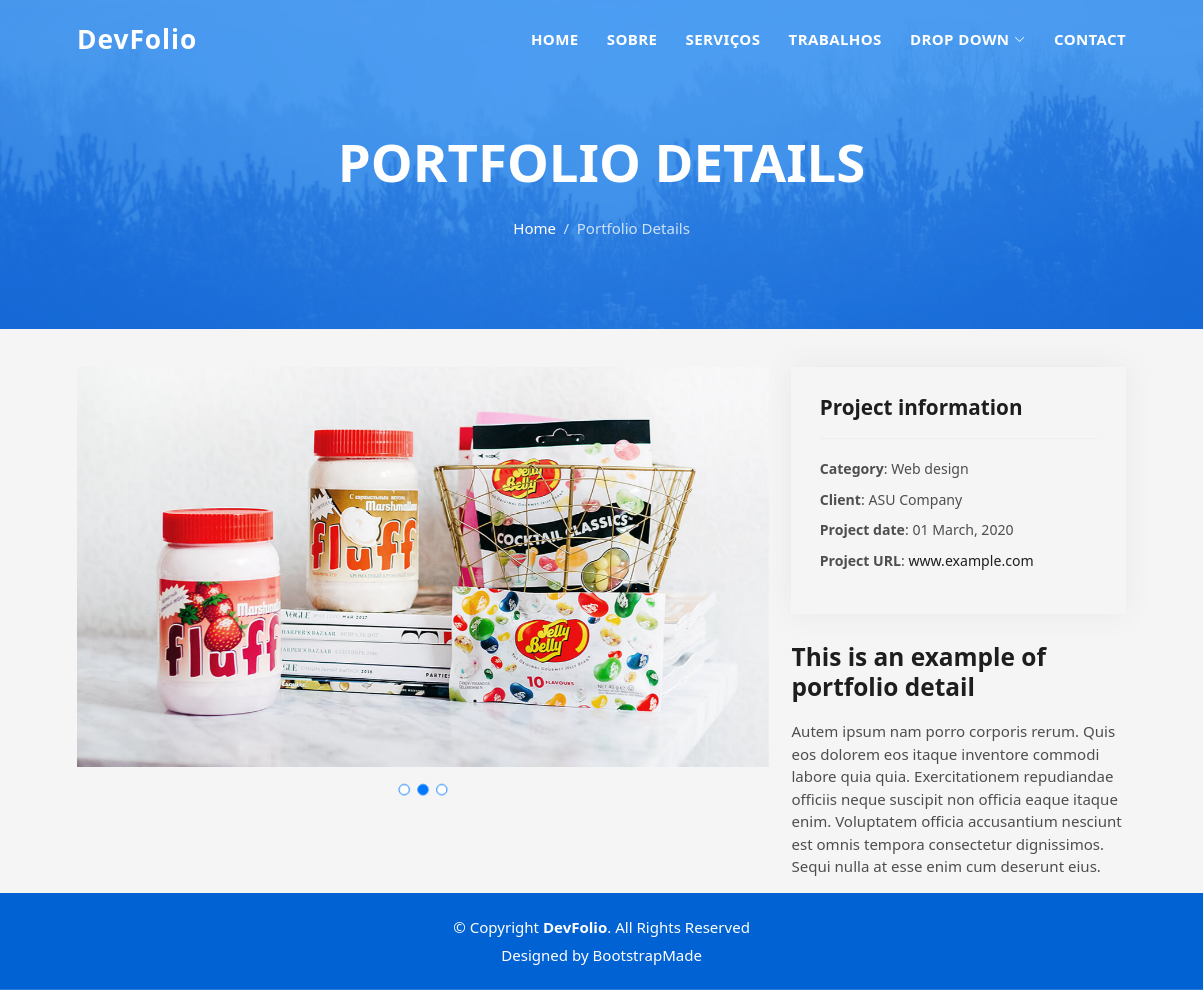
Repository: Andre-Benther/developerfolio
Page: portfolio-details.html
These files come from the project's save history. The page is drawn as it stood at one moment and after the next save; the edit follows.
The browser window is 1280 px wide. The pictures show the whole page, at 94% of full size.
Backgrounds fixed to the window are drawn as part of the page.

Above is the page before, as saved 2024-04-18 05:23:17.

After the next save:
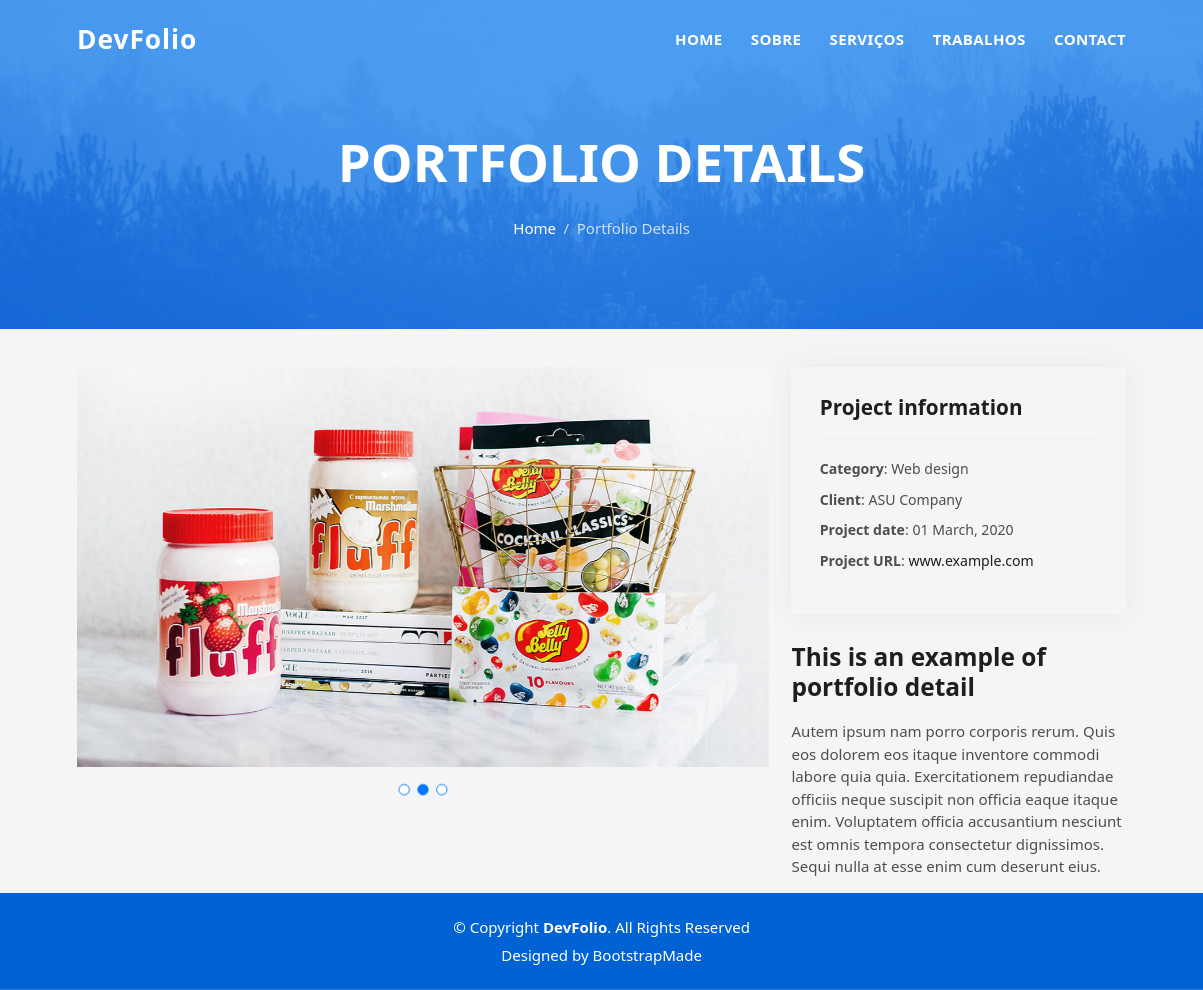
Saved 106 s later.
--- a/portfolio-details.html
+++ b/portfolio-details.html
@@ -47,22 +47,7 @@
           <li><a class="nav-link scrollto" href="#about">Sobre</a></li>
           <li><a class="nav-link scrollto" href="#services">Serviços</a></li>
           <li><a class="nav-link scrollto " href="#work">Trabalhos</a></li>
-          <li class="dropdown"><a href="#"><span>Drop Down</span> <i class="bi bi-chevron-down"></i></a>
-            <ul>
-              <li><a href="#">Drop Down 1</a></li>
-              <li class="dropdown"><a href="#"><span>Deep Drop Down</span> <i class="bi bi-chevron-right"></i></a>
-                <ul>
-                  <li><a href="#">Deep Drop Down 1</a></li>
-                  <li><a href="#">Deep Drop Down 2</a></li>
-                  <li><a href="#">Deep Drop Down 3</a></li>
-                  <li><a href="#">Deep Drop Down 4</a></li>
-                  <li><a href="#">Deep Drop Down 5</a></li>
-                </ul>
-              </li>
-              <li><a href="#">Drop Down 2</a></li>
-              <li><a href="#">Drop Down 3</a></li>
-              <li><a href="#">Drop Down 4</a></li>
-            </ul>
+
           </li>
           <li><a class="nav-link scrollto" href="#contact">Contact</a></li>
         </ul>
